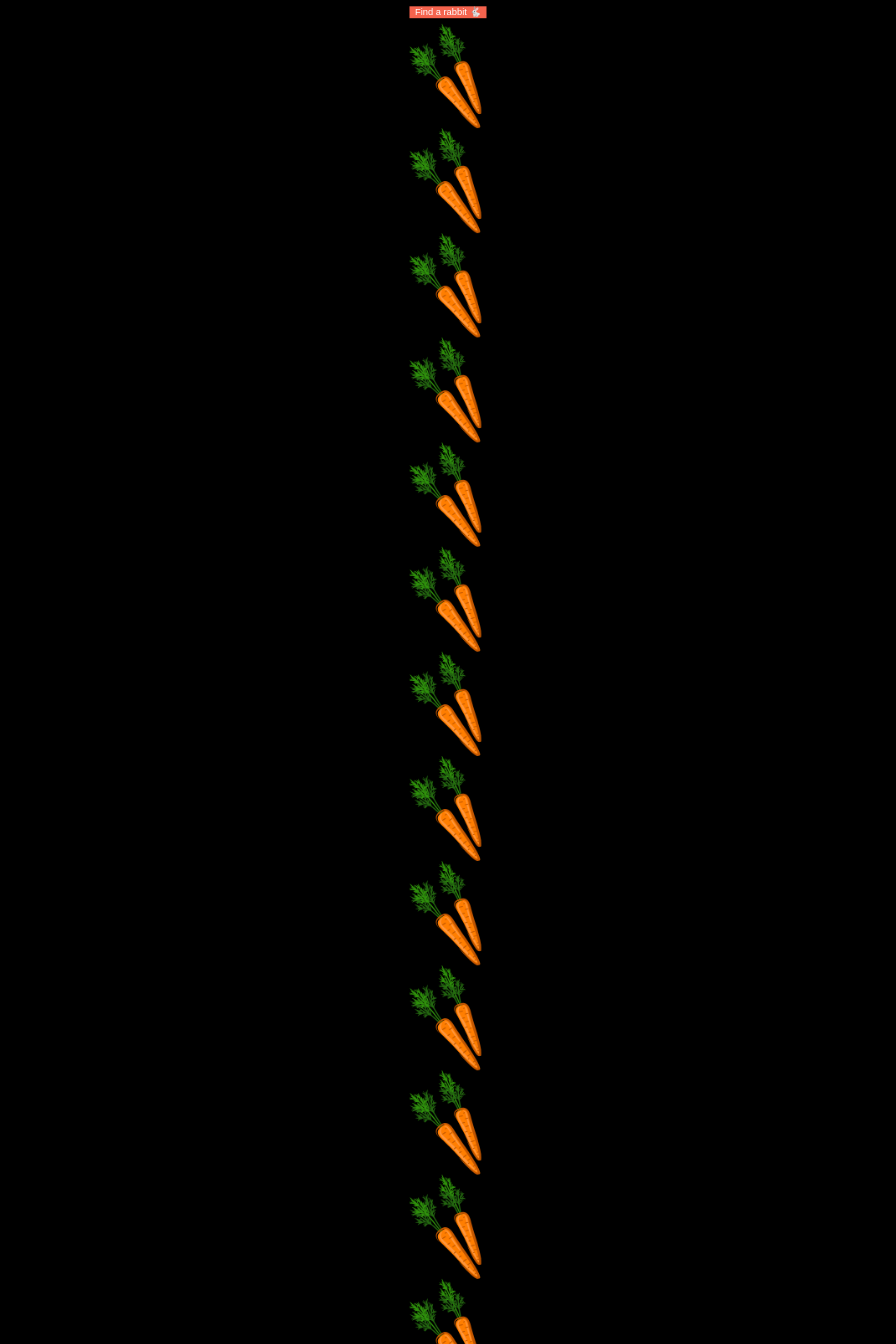
Repository: dhchun1203/browser-practice-works-
Page: rabbits/index.html
The author's editor kept a copy of each file at every save. The page is drawn from the files as they stood at one save, then again after the next save.
The browser window is 1280 px wide. The pictures show the part of the page from y = 0 to 1920 px (the page is 5253 px tall before and 8791 px after), at 70% of full size.

Above is the page before, as saved 2021-01-04 12:45:41.

### rabbits/index.html
<!DOCTYPE html>
<html lang="en">
	<head>
		<meta charset="UTF-8" />
		<meta name="viewport" content="width=device-width, initial-scale=1.0" />
		<title>Scroll</title>
		<style>
			body {
				background-color: black;
				text-align: center;
			}
			button {
				width: 110px;
				margin-bottom: 8px;
				background-color: #f5634d;
				border-style: none;
				color: white;
			}
			img {
				width: 110px;
				margin: auto;
				display: block;
			}
		</style>
	</head>
	<body>
		<button class="findBtn">Find a rabbit 🐇</button>
		<img src="img/carrot.png" alt="carrot" />
		<img src="img/carrot.png" alt="carrot" />
		<img src="img/carrot.png" alt="carrot" />
		<img src="img/carrot.png" alt="carrot" />
		<img src="img/carrot.png" alt="carrot" />
		<img src="img/carrot.png" alt="carrot" />
		<img src="img/carrot.png" alt="carrot" />
		<img src="img/carrot.png" alt="carrot" />
		<img src="img/carrot.png" alt="carrot" />
		<img src="img/carrot.png" alt="carrot" />
		<img src="img/carrot.png" alt="carrot" />
		<img src="img/carrot.png" alt="carrot" />
		<img src="img/carrot.png" alt="carrot" />
		<img src="img/carrot.png" alt="carrot" />
		<img src="img/carrot.png" alt="carrot" />
		<img src="img/carrot.png" alt="carrot" />
		<img src="img/carrot.png" alt="carrot" />
		<img src="img/carrot.png" alt="carrot" />
		<img src="img/carrot.png" alt="carrot" />
		<img src="img/carrot.png" alt="carrot" />
		<img src="img/carrot.png" alt="carrot" />
		<img src="img/carrot.png" alt="carrot" />
		<img id="rabbit" src="img/rabbit.png" alt="rabbit" />
		<img src="img/carrot.png" alt="carrot" />
		<img src="img/carrot.png" alt="carrot" />
		<img src="img/carrot.png" alt="carrot" />
		<img src="img/carrot.png" alt="carrot" />
		<img src="img/carrot.png" alt="carrot" />
		<img src="img/carrot.png" alt="carrot" />
		<img src="img/carrot.png" alt="carrot" />
		<img src="img/carrot.png" alt="carrot" />
		<img src="img/carrot.png" alt="carrot" />
		<img src="img/carrot.png" alt="carrot" />
		<img src="img/carrot.png" alt="carrot" />
		<img src="img/carrot.png" alt="carrot" />
		<script>
			const findBtn = document.querySelector(".findBtn");
			const rabbit = document.querySelector("#rabbit");
			findBtn.addEventListener("click", () => {
				rabbit.scrollIntoView({ behavior: "smooth" });
			});
		</script>
	</body>
</html>

After the next save:
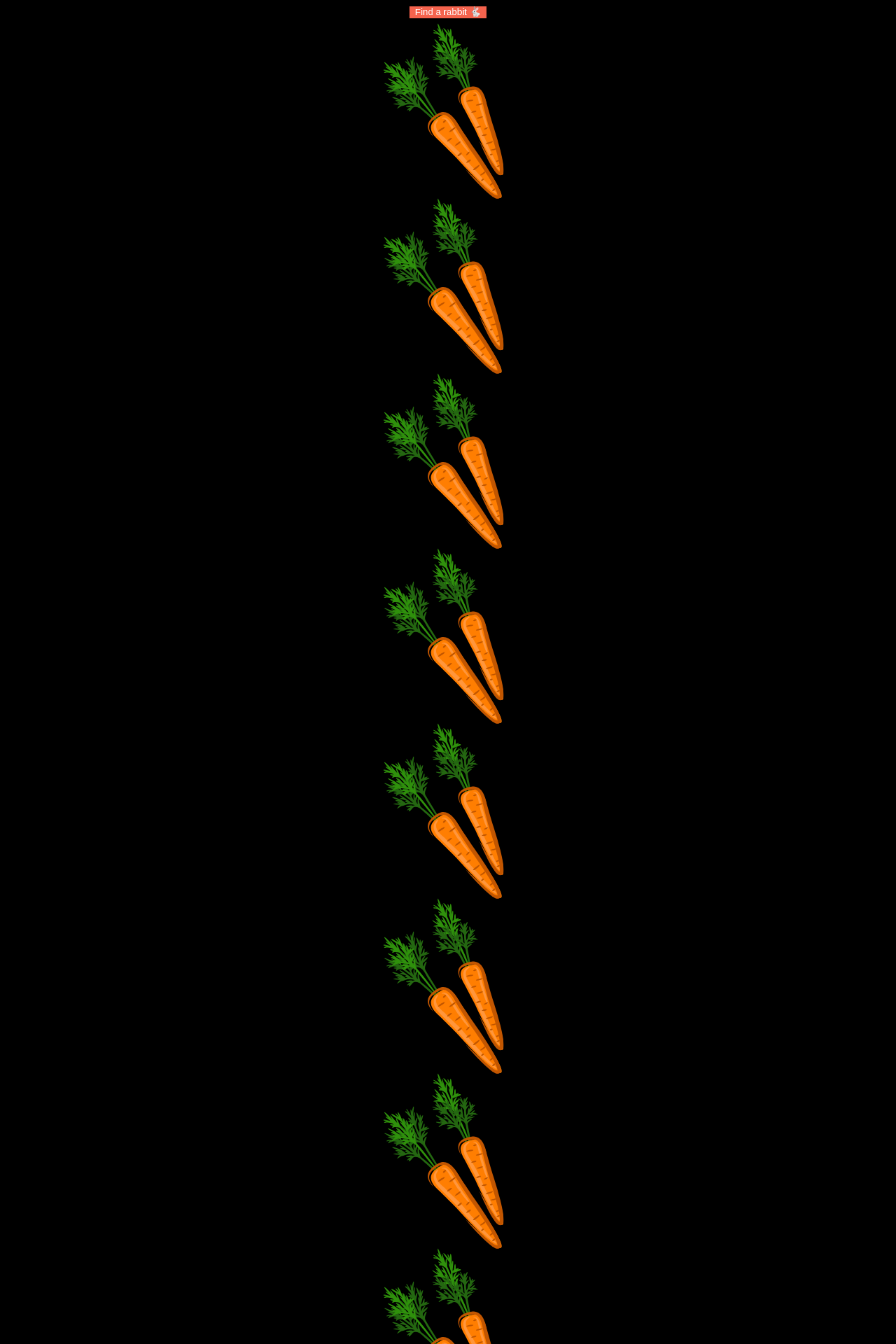
Saved 9 s later.
--- a/rabbits/index.html
+++ b/rabbits/index.html
@@ -17,7 +17,6 @@
 				color: white;
 			}
 			img {
-				width: 110px;
 				margin: auto;
 				display: block;
 			}
